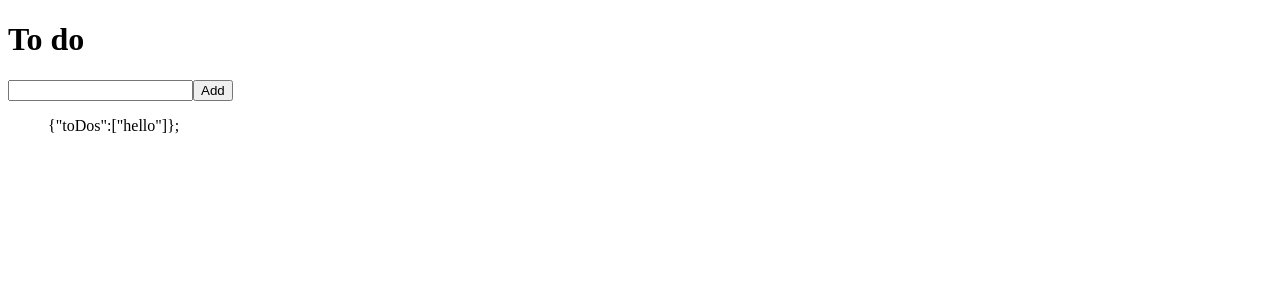
Repository: JulyK9/react-redux-Todo
Page: /
These files come from the project's save history. The page is drawn as it stood at one moment and after the next save; the edit follows.
The browser window is 1280 px wide. The pictures show the whole page.
The project was rebuilt for these pictures with package versions that can differ from the ones it lists, and the page was loaded fresh each time. A package was used in the major version that the imports need, not the one package.json lists. Also part of the build but not shown: src/pages/Detail.js.

Above is the page before, as saved 2022-05-13 22:08:02.

After the next save:
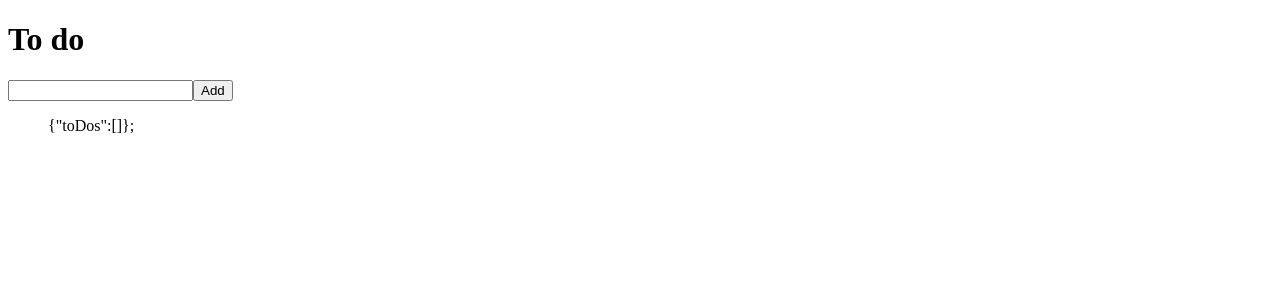
Saved 23 s later.
--- a/src/store.js
+++ b/src/store.js
@@ -17,7 +17,7 @@ const deleteToDo = (id) => {
   };
 };
 
-const reducer = (state = ["hello"], action) => {
+const reducer = (state = [], action) => {
   switch (action.type) {
     case ADD:
       return [{ text: action.text, id: Date.now() }, ...state];
